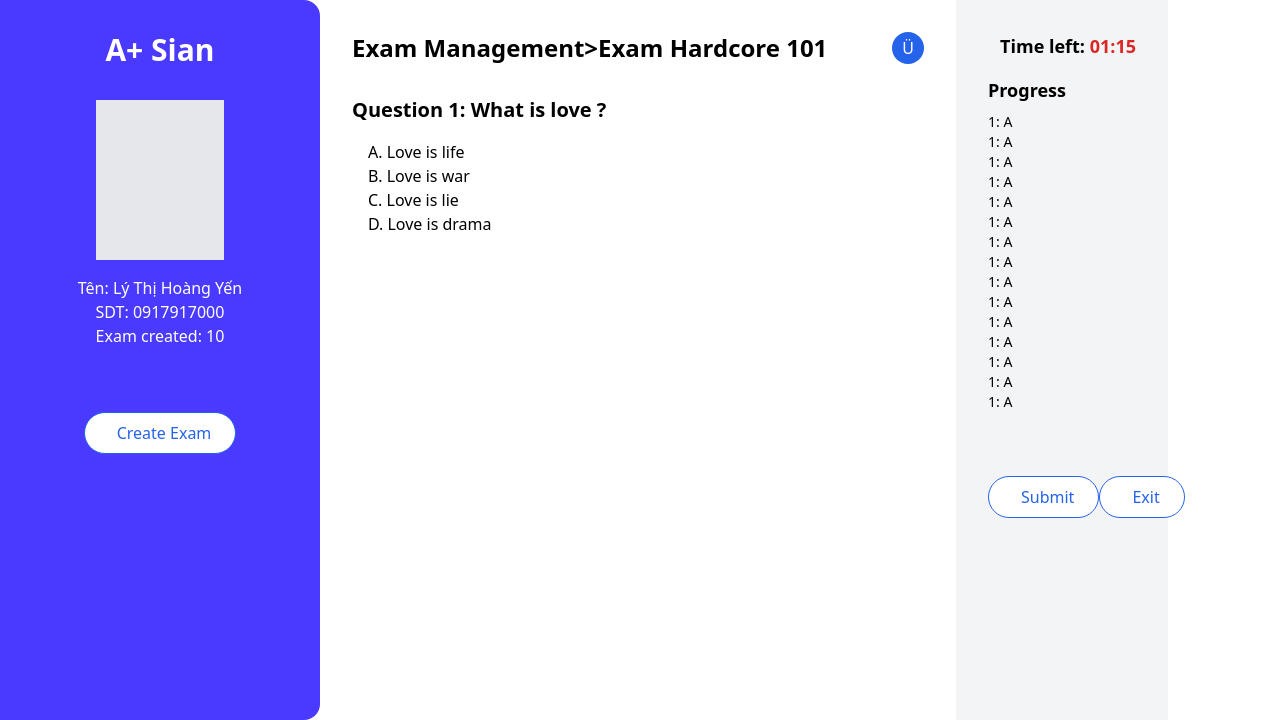
Repository: LyThiHoangYen/A_client
Page: / (app in online-exam-system-frontend/)
An editor plug-in stored every save of this project. The page is shown before and after a run of saves, followed by the edit.
The browser window is 1280 px wide. The pictures show the whole page.
The project was rebuilt for these pictures with package versions that can differ from the ones it lists, and the page was loaded fresh each time.

Above is the page before, as saved 2024-10-23 14:26:44.

After the next 2 saves:
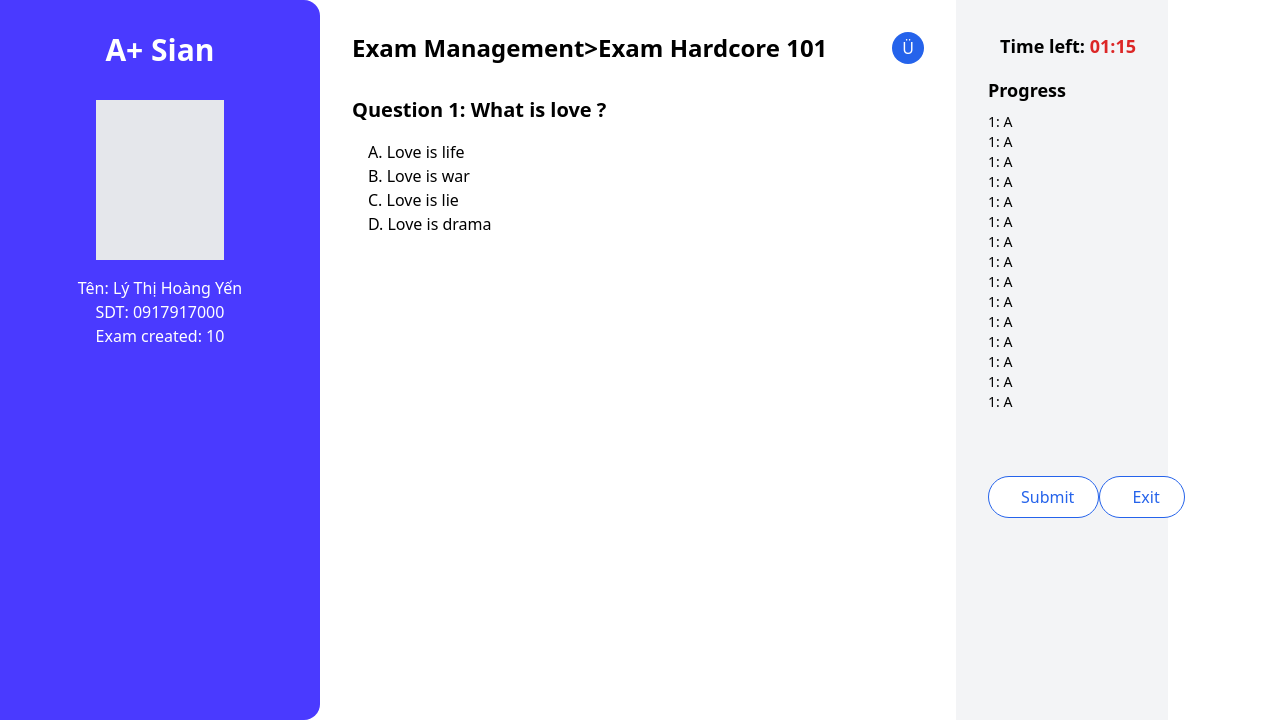
The 2 saves are shown as one change because they came seconds apart.
The last was saved 40 s later.
--- a/online-exam-system-frontend/src/components/sideBar.js
+++ b/online-exam-system-frontend/src/components/sideBar.js
@@ -10,7 +10,6 @@ function Sidebar () {
         phone="0917917000"
         examsCreated={10}
       />
-      <Button text="Create Exam" />
     </div>
   );
   };
